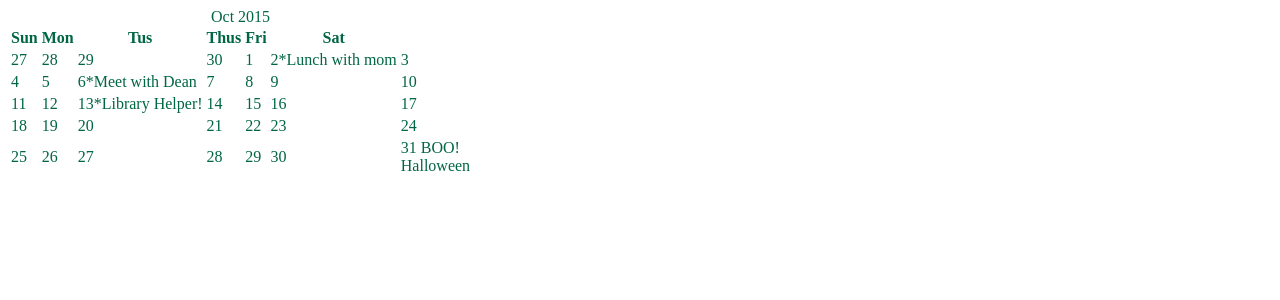
Repository: Tram-anh99/Blockchain_Funix
Page: CSS/lich.html
These files come from the project's save history. The page is drawn as it stood at one moment and after the next save; the edit follows.
The browser window is 1280 px wide. The pictures show the whole page.

Above is the page before, as saved 2023-02-28 01:23:03.

After the next save:
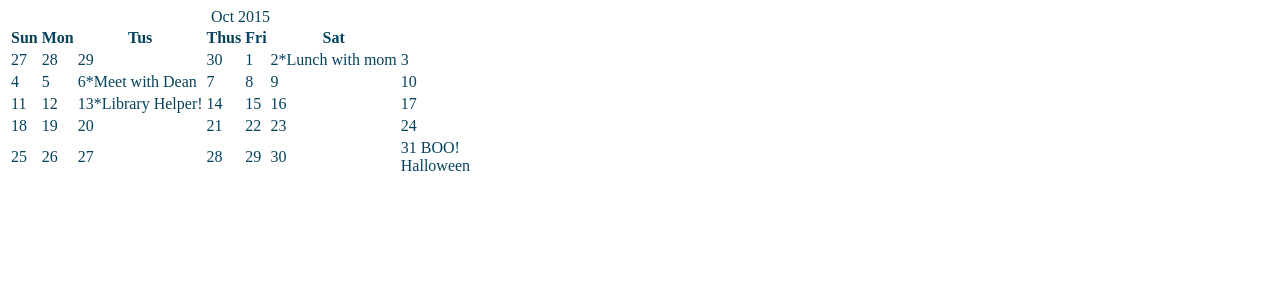
Saved 5 s later.
--- a/CSS/lich.css
+++ b/CSS/lich.css
@@ -1,3 +1,3 @@
 .cal {
-      color: #064;
+      color: #06425C;
 }
